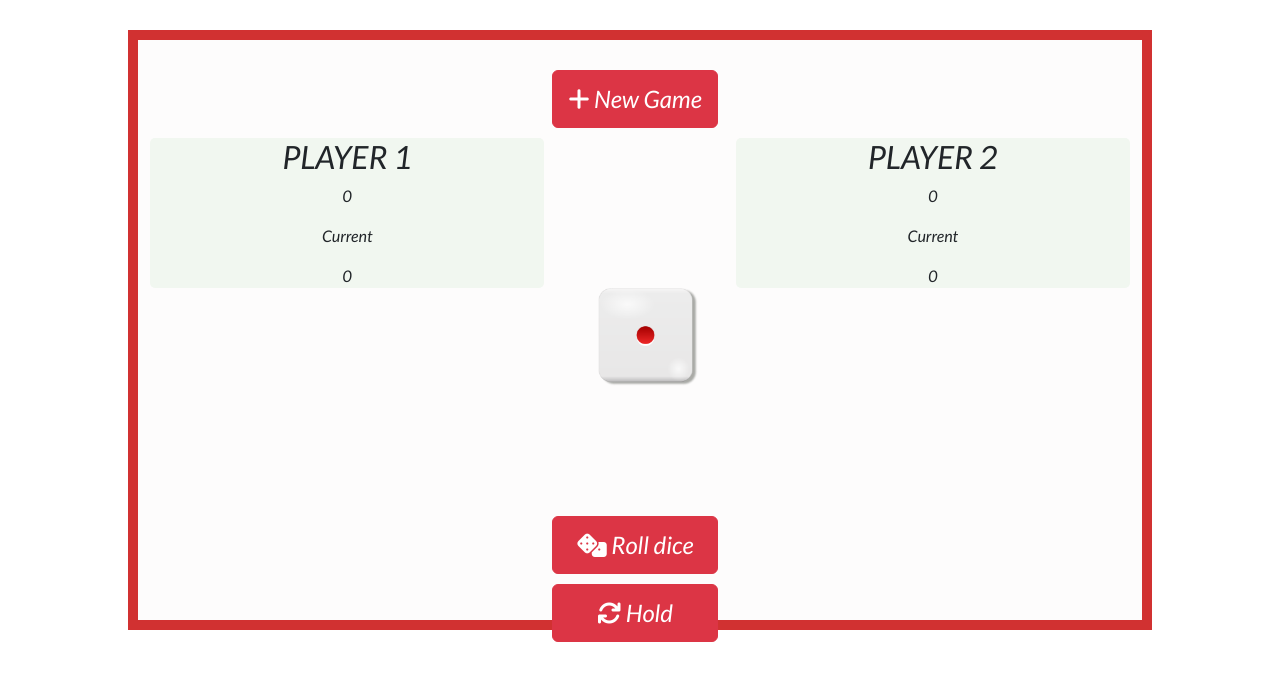
Repository: haifabilel/Eval_JAVASCRIPT
Page: index.html
An editor plug-in stored every save of this project. The page is shown before and after the next save, followed by the edit.
The browser window is 1280 px wide. The pictures show the whole page.
Some web libraries are served in a nearby version.

Above is the page before, as saved 2023-06-03 13:43:41.

### index.html
<!DOCTYPE html>
<html lang="fr">
<head>
    <meta charset="UTF-8">
    <meta http-equiv="X-UA-Compatible" content="IE=edge">
    <meta name="viewport" content="width=device-width, initial-scale=1.0">
    <title>GameEval</title>
    <!-- Bootstrap -->
    <link href="https://cdn.jsdelivr.net/npm/bootstrap@5.3.0-alpha3/dist/css/bootstrap.min.css" rel="stylesheet" integrity="sha384-KK94CHFLLe+nY2dmCWGMq91rCGa5gtU4mk92HdvYe+M/SXH301p5ILy+dN9+nJOZ" crossorigin="anonymous">
    <!-- Bootstrap icons CSS -->
    <link rel="stylesheet" href="https://cdn.jsdelivr.net/npm/bootstrap-icons@1.6.1/font/bootstrap-icons.css">
    <!-- font awesome cdn link-->
    <link rel="stylesheet" href="https://cdnjs.cloudflare.com/ajax/libs/font-awesome/6.3.0/css/all.min.css" integrity="sha512-SzlrxWUlpfuzQ+pcUCosxcglQRNAq/DZjVsC0lE40xsADsfeQoEypE+enwcOiGjk/bSuGGKHEyjSoQ1zVisanQ==" crossorigin="anonymous" referrerpolicy="no-referrer">
    <!-- CSS Link -->
    <link rel="stylesheet" href="style.css">
</head>
<body>
    <div class="container-fluid" >
     <header>
         <button class="btn btn_newGame btn-danger"><i class="fa-solid fa-plus"></i> New Game</button>
    </header>
    <main>
        <div class="row">
            <!-- Player One  -->
            <div class="col-sm-5 mx-auto">
                <section class="player player_0 player_active">
                    <h2 class="label" id="label_0">PLAYER 1</h2>
                    <p class="score" id="score_0" >0</p>
                    <div class="current">
                        <p class="current_label">Current</p>
                        <p class="current_score" id="current_0">0</p>
                    </div>
                </section>
            </div>
            <!-- Dice image -->
            <div class="col-sm-2 mx-auto">
                <img src="/asset//dice1.png" alt="imageDice" class="dice" style="width: 100px;">
            </div>
             <!-- Player Tow  -->
             <div class="col-sm-5 mx-auto">
                <section class="player player_1">
                    <h2 class="label" id="label_1">PLAYER 2</h2>
                    <p class="score" id="score_1">0</p>
                    <div class="current">
                        <p class="current_label">Current</p>
                        <p class="current_score" id="current_1">0</p>
                    </div>
                </section>
             </div>
        </div>
    </main>
    <!-- Button RollDice -->
    <div class="button_roll">
        <button class="btn btn_roll btn-danger"><i class="fa-solid fa-dice"></i> Roll dice</button>
    </div>
    <div class="button_hold">
        <button class="btn btn_hold btn-danger"><i class="fa-solid fa-arrows-rotate"></i> Hold</button>
    </div>
    </div>


    <script src="https://code.jquery.com/jquery-3.5.1.slim.min.js" integrity="sha384-DfXdz2htPH0lsSSs5nCTpuj/zy4C+OGpamoFVy38MVBnE+IbbVYUew+OrCXaRkfj" crossorigin="anonymous"></script>
    <script src="https://cdn.jsdelivr.net/npm/popper.js@1.16.0/dist/umd/popper.min.js" integrity="sha384-Q6E9RHvbIyZFJoft+2mJbHaEWldlvI9IOYy5n3zV9zzTtmI3UksdQRVvoxMfooAo" crossorigin="anonymous"></script>
    <script src="https://cdn.jsdelivr.net/npm/bootstrap@5.3.0-alpha3/dist/js/bootstrap.bundle.min.js" integrity="sha384-ENjdO4Dr2bkBIFxQpeoTz1HIcje39Wm4jDKdf19U8gI4ddQ3GYNS7NTKfAdVQSZe" crossorigin="anonymous"></script>
    <script src="script.js"></script>
</body>
</html>

### style.css
@import url('https://fonts.googleapis.com/css2?family=Lato:ital,wght@1,300;1,400;1,700&display=swap');
*{
    font-family: Lato;
}
.container-fluid{
    box-shadow:0.5rem 1 rem rgba(0,0,0,.5);
    background-color: #fdfcfc;
    width:80%;
    height: 600px;
    border: 10px solid  #d13131;
    margin-top: 30px;
}
.row{
    margin-top:80px;
}
/* Playerss */
.player_0 , .player_1{
    background-color:#f1f7f0;
    text-align:center;
    border-radius:5px;
    margin-top:-70px;
}
/* Buttons */
.btn_roll{
    margin-left:41%;
    margin-top:50px;
    width:17%;
    font-size:1.5rem;
    padding:10px;

}
.btn_hold{
    padding:10px;
    margin-left:41%;
    margin-top:10px;
    width:17%;
    font-size:1.5rem;

}
.btn_newGame{
    margin-top:30px;
    padding: 10px;
    margin-left:41%;
    width:17%;
    font-size:1.5rem;
}
/* Image Dice */
img{
    margin:80px 30px;
}

Loaded but not shown: script.js (no copy from this time; the picture is the same without it)

After the next save:
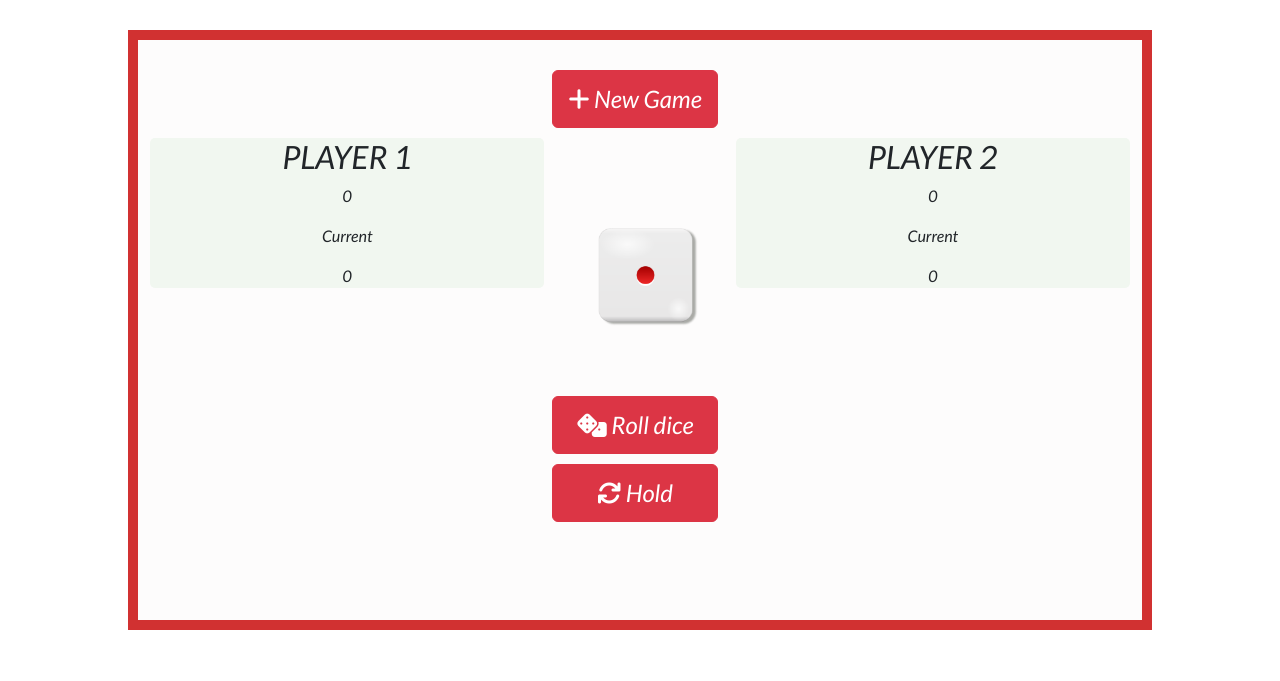
Saved 7 min 25 s later.
--- a/style.css
+++ b/style.css
@@ -46,5 +46,5 @@
 }
 /* Image Dice */
 img{
-    margin:80px 30px;
+    margin:20px 30px;
 }
